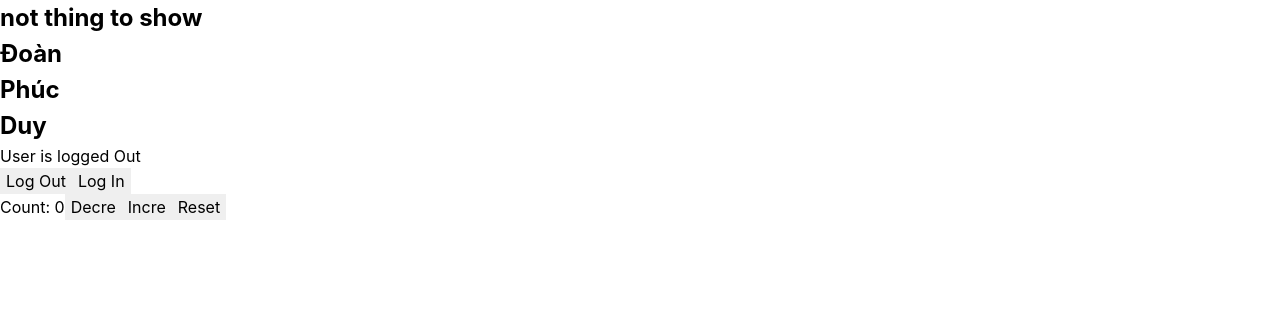
Repository: ledoanmk43/Demo_typescript
Page: /
The author's editor kept a copy of each file at every save. The page is drawn from the files as they stood at one save, then again after the next save.
The browser window is 1280 px wide. The pictures show the whole page.
The project was rebuilt for these pictures with package versions that can differ from the ones it lists, and the page was loaded fresh each time.

Above is the page before, as saved 2022-03-08 14:17:31.

### src/App.tsx
import React from "react";

import "./App.css";
import Greeting from "./components/Greeting";
import Login from "./components/state/Login";
import Counter from "./components/state/Counter";
import DomRef from "./components/ref/DomRef";

function App() {
  // const Name = {
  //   firstName: "Đoàn",
  //   lastName: "Lê",
  // };

  const nameList = [
    {
      firstName: "Đoàn",
      lastName: "Lê",
    },
    {
      firstName: "Phúc",
      lastName: "Lê",
    },
    {
      firstName: "Duy",
      lastName: "Lê",
    },
  ];
  return (
    <div className="App">
      <Greeting nameProps={nameList} />
      <Login />
      <Counter />
      <DomRef />
    </div>
  );
}

export default App;

### src/App.css
*,
*::before,
*::after {
  box-sizing: border-box;
}
* {
  margin: 0;
}

html,
body {
  height: 100%;
}
body {
  line-height: 1.5;
  -webkit-font-smoothing: antialiased;
  -webkit-tap-highlight-color: rgba(0, 0, 0, 0);
}

img,
picture,
video,
canvas,
svg {
  display: block;
  max-width: 100%;
}
input,
button,
textarea,
select {
  font: inherit;
  outline: none;
  border: none;
}
p,
h1,
h2,
h3,
h4,
h5,
h6 {
  overflow-wrap: break-word;
}

### src/components/Greeting.tsx
import React from "react";

// type GreetingProps = {
//   nameProps: string; //we can also assign value like 'Doan' | 'Duy' | 'Phuc' - if there are more than 1 value for the props and we have to to check cases base on these value
// };

type GreetingProps = {
  nameProps: {
    firstName: string;
    lastName: string;
  }[]; //adding [] at the end if prop is an array

  emptyProps?: string;
};

const Greeting = (props: GreetingProps) => {
  const { emptyProps = "not thing to show" } = props;
  return (
    <div>
      <h2>{emptyProps}</h2>
      {props.nameProps.map((prop) => (
        <h2 key={prop.firstName}>{prop.firstName}</h2>
      ))}
    </div>
  );
};

export default Greeting;

### src/components/state/Login.tsx
import React, { useState } from "react";

type User = {
  userName: string;
  passWord: string;
};

const Login = () => {
  const [isLoggedin, setIsLoggedin] = useState(false);
  // const [user, setUser] = useState<User | null>(null);
  const [user, setUser] = useState({} as User);

  const logIn = () => {
    setIsLoggedin(true);
    setUser({
      userName: "abc",
      passWord: "123",
    });
    console.log(user);
  };
  const logOut = () => {
    setIsLoggedin(false);
    console.log(user);
  };
  return (
    <div>
      <div>User is {isLoggedin ? "logged In" : "logged Out"}</div>
      <button onClick={logOut}>Log Out</button>
      <button onClick={logIn}>Log In</button>
    </div>
  );
};

export default Login;

### src/components/state/Counter.tsx
import { useReducer } from "react";

const initialState = { count: 0 };

// type CounterAction = { type: "incre" | "decre" | "reset"; payload?: number };

// function reducer(state: StateCounter, action: CounterAction) {
//   switch (action.type) {
//     case "incre":
//       return { count: state.count + action.payload || 0 };
//     case "decre":
//       return { count: state.count - action.payload || 0 };
//     case "reset":
//       return initialState;
//     default:
//       return state;
//   } //this is not smart

type updateAction = { type: "incre" | "decre"; payload: number };
type resetAction = { type: "reset" };

type CounterState = { count: number };
type CounterAction = updateAction | resetAction;

function reducer(state: CounterState, action: CounterAction) {
  switch (action.type) {
    case "incre":
      return { count: state.count + action.payload };
    case "decre":
      return { count: state.count - action.payload };
    case "reset":
      return initialState;
    default:
      return state;
  }
}

const Counter = () => {
  const [state, dispatch] = useReducer(reducer, initialState);

  return (
    <div>
      Count: {state.count}
      <button onClick={() => dispatch({ type: "decre", payload: 1 })}>
        Decre
      </button>
      <button onClick={() => dispatch({ type: "incre", payload: 1 })}>
        Incre
      </button>
      <button onClick={() => dispatch({ type: "reset" })}>Reset</button>
    </div>
  );
};

export default Counter;

### src/components/ref/DomRef.tsx
import React, { useRef, useEffect } from "react";

const DomRef = () => {
  const inputRef = useRef<HTMLInputElement>(null);

  useEffect(() => {
    inputRef.current?.focus(); //focus element when component mouted
  }, []);

  return (
    <div>
      <input type="text" ref={inputRef} style={{ padding: "20px" }} />
    </div>
  );
};

export default DomRef;

Loaded but not shown: public/index.html (common file); src/index.tsx (common file); src/index.css (common file); src/reportWebVitals.ts (common file)

After the next save:
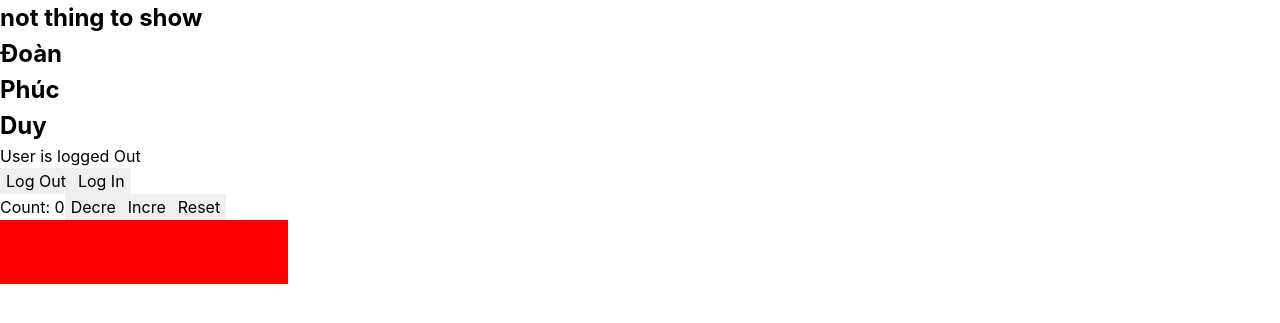
Saved 17 s later.
--- a/src/components/ref/DomRef.tsx
+++ b/src/components/ref/DomRef.tsx
@@ -9,7 +9,11 @@
 
   return (
     <div>
-      <input type="text" ref={inputRef} style={{ padding: "20px" }} />
+      <input
+        type="text"
+        ref={inputRef}
+        style={{ padding: "20px", backgroundColor: "red" }}
+      />
     </div>
   );
 };

After the save that followed:
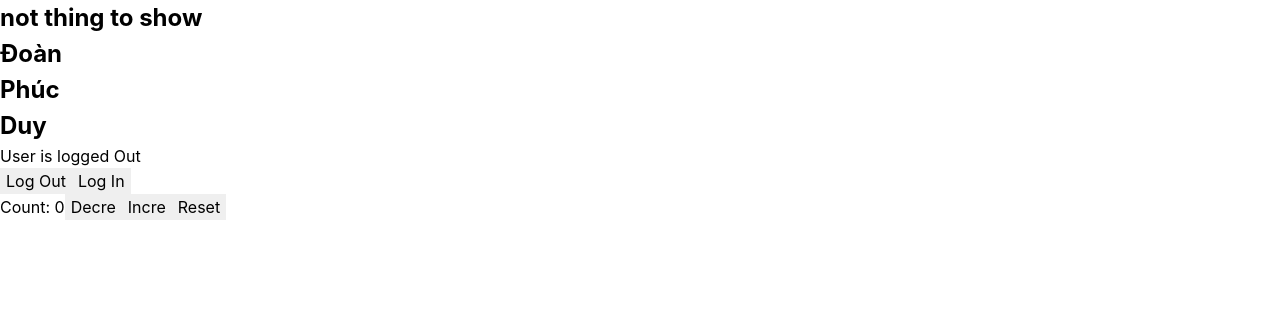
Saved 14 s later.
--- a/src/components/ref/DomRef.tsx
+++ b/src/components/ref/DomRef.tsx
@@ -12,7 +12,7 @@
       <input
         type="text"
         ref={inputRef}
-        style={{ padding: "20px", backgroundColor: "red" }}
+        style={{ padding: "20px", backgroundColor: "#fff" }}
       />
     </div>
   );
